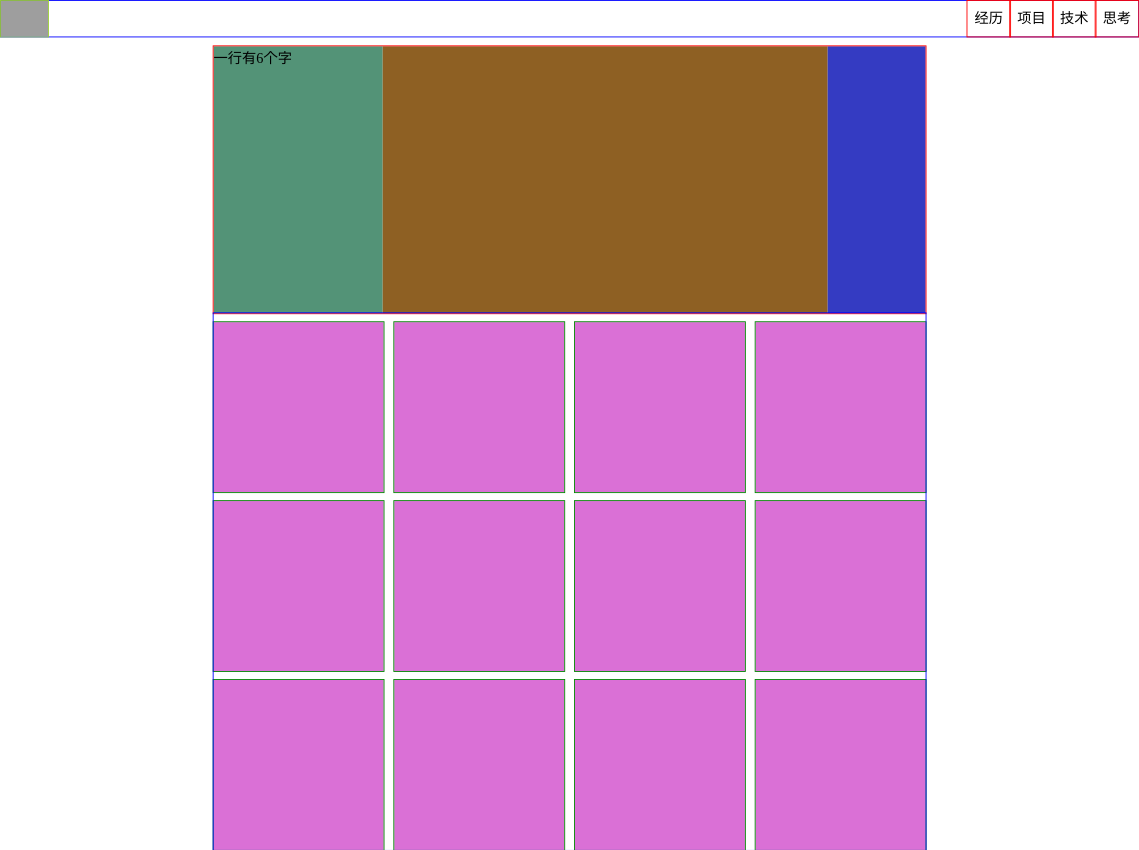
Repository: Lixianlai-2/Css-practice
Page: flex布局/index.html
An editor plug-in stored every save of this project. The page is shown before and after the next save, followed by the edit.
The browser window is 1280 px wide. The pictures show the whole page, at 89% of full size.
Pictures or frames that could not be fetched are drawn as grey boxes.

Above is the page before, as saved 2021-12-04 11:08:28.

After the next save:
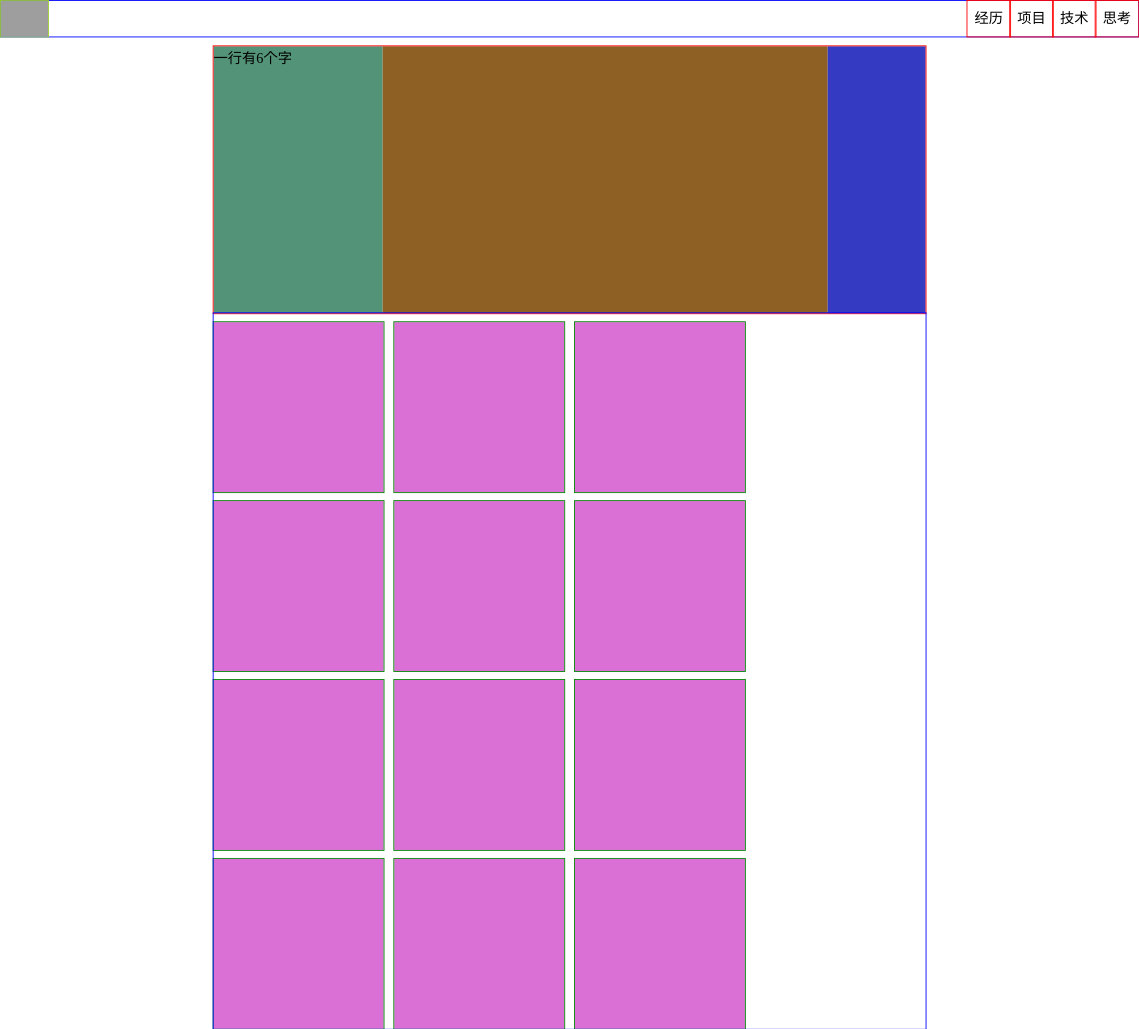
Saved 10 s later.
--- a/flex布局/style.css
+++ b/flex布局/style.css
@@ -102,5 +102,4 @@
 .x {
   display: flex;
   flex-wrap: wrap;
-  margin-right: -12px;
 }

After the save that followed:
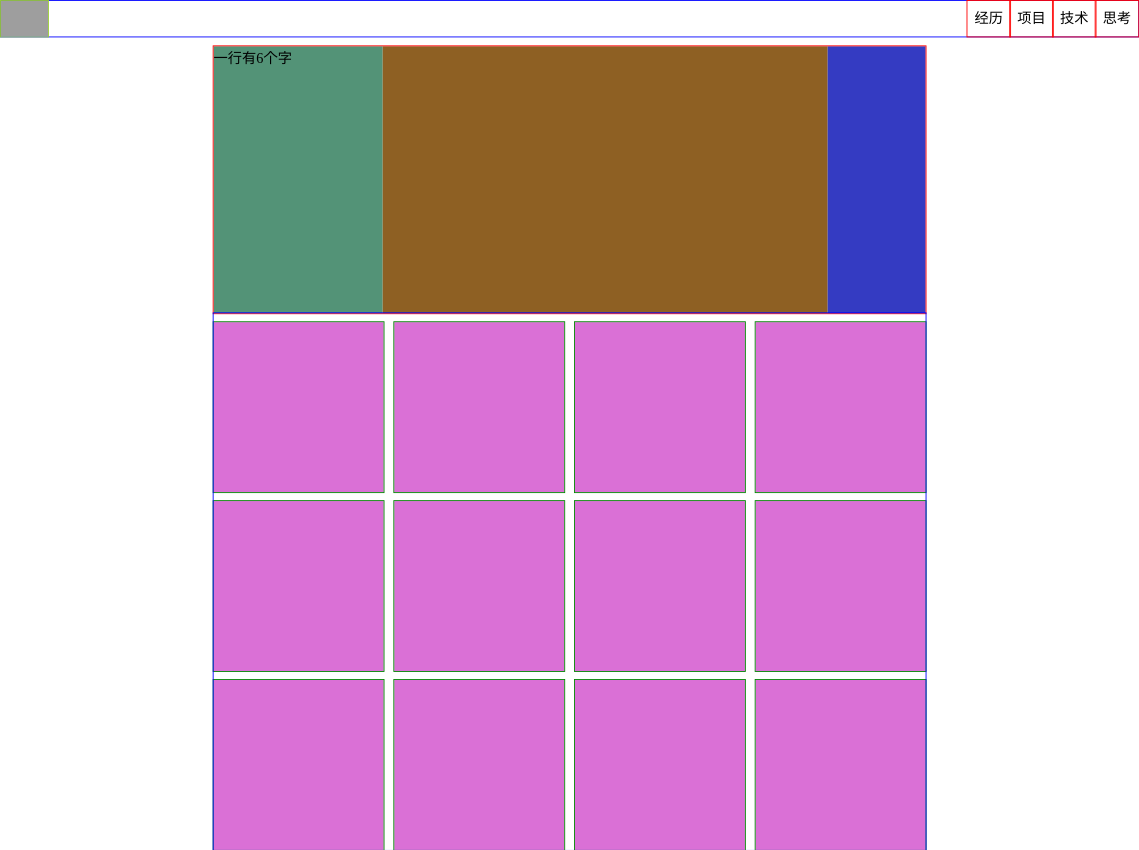
Saved 7 s later.
--- a/flex布局/style.css
+++ b/flex布局/style.css
@@ -102,4 +102,5 @@
 .x {
   display: flex;
   flex-wrap: wrap;
+  margin-right: -12px;
 }
